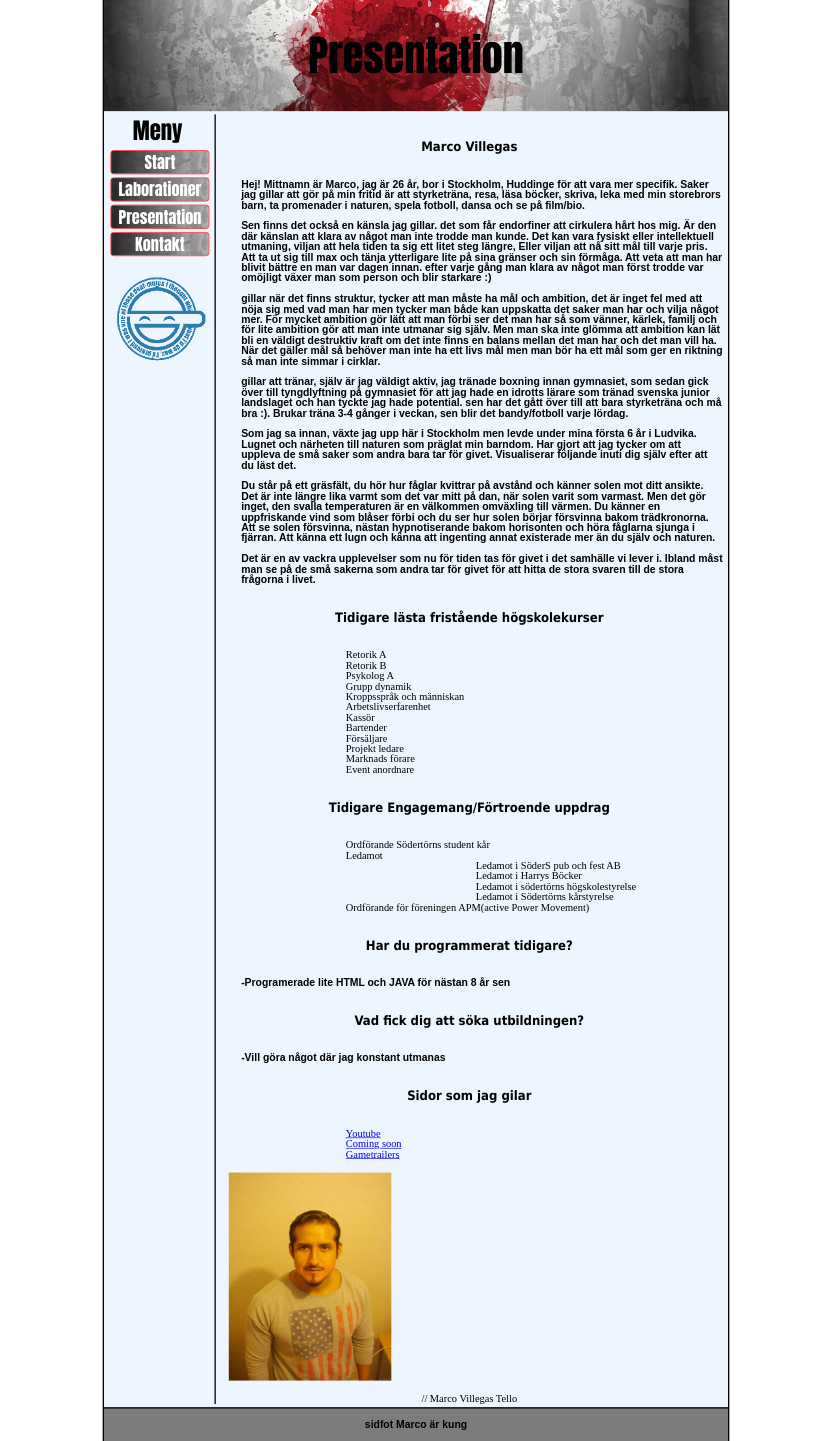
Repository: Marco30/1ik415-laborationer
Page: pages/presentation.html
The author's editor kept a record of every edit. The page is drawn from the files as they stood at one moment, then again after the next edit.
The browser window is 1280 px wide. The pictures show the whole page, at 65% of full size.

Above is the page before.

After the next edit:
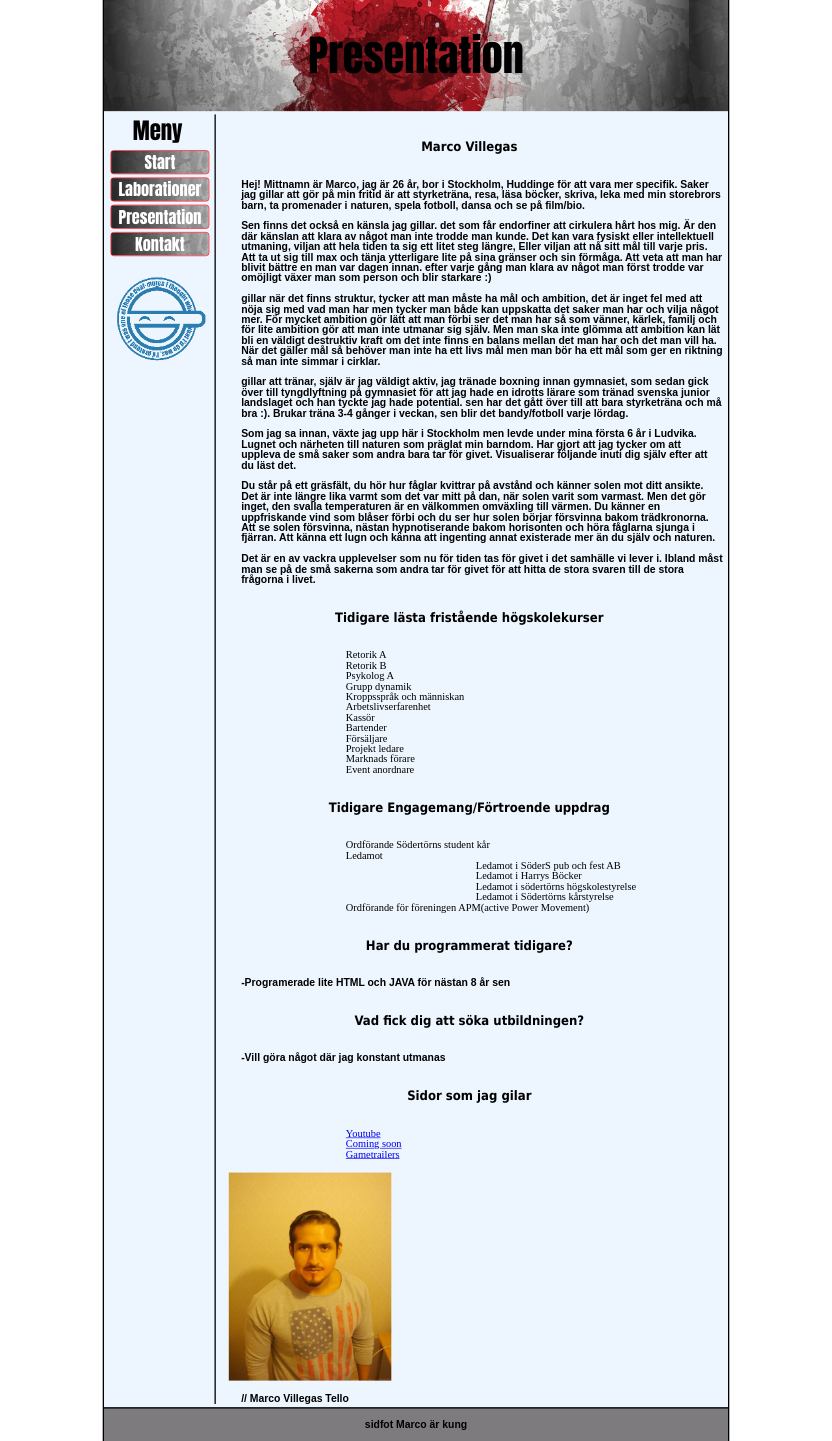
The edit:
--- a/pages/presentation.html
+++ b/pages/presentation.html
@@ -181,9 +181,10 @@
         <a id="jag"></a>
         <img src="../pics/smil3.jpg" alt="Smiley face" width="250" height="320" class="left" >
 
-        <br/>
-
+        <p>
         // Marco Villegas Tello
+        </p>
+
         </div>
 
         <div id="sidfot">
